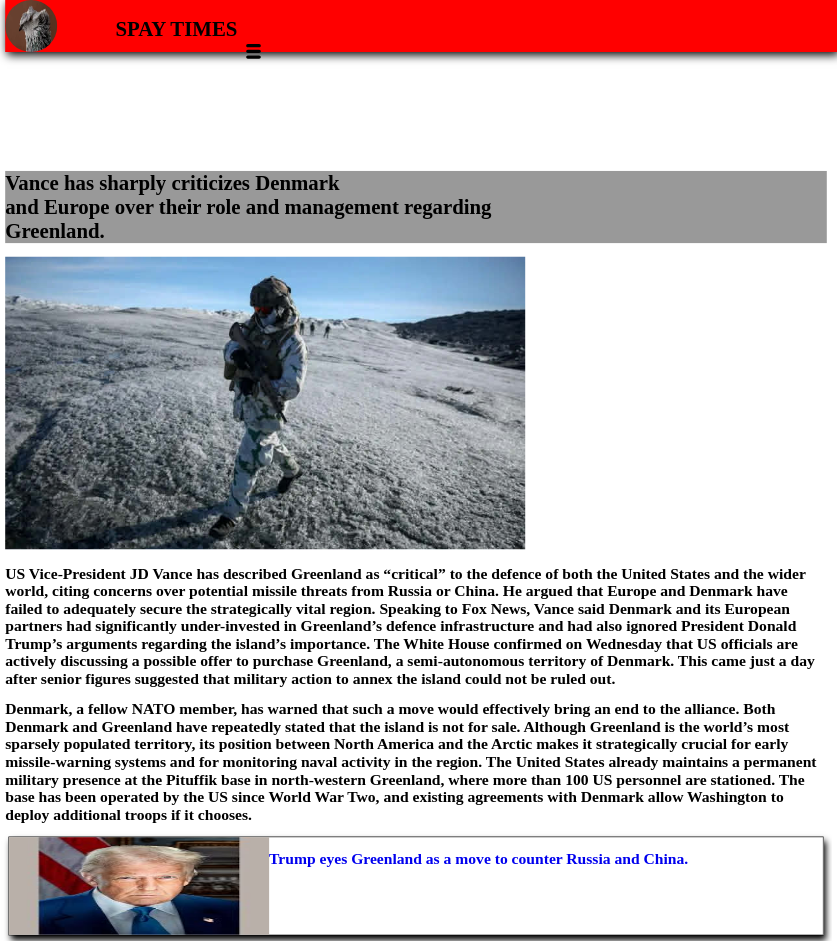
Repository: ridhukhan/spytimes
Page: /
These files come from the project's save history. The page is drawn as it stood at one moment and after the next save; the edit follows.
The browser window is 1280 px wide. The page is 1280 px wide, then 1288 px, so the pictures cover 1288 px, including what lies to the right of the window. The pictures show the whole page, at 65% of full size.
The project was rebuilt for these pictures with package versions that can differ from the ones it lists, and the page was loaded fresh each time. Also part of the build but not shown: vite.config.js, src/components/policy/PrivecyPolicy.jsx, src/components/policy/Terms.jsx, src/components/trending/TrendingDetails.jsx, src/pages/heath/Dieabeties.jsx, src/pages/heath/Health.jsx, src/pages/heath/Allergy.jsx, src/pages/heath/WeightLose.jsx.

Above is the page before, as saved 2026-01-13 18:34:30.

### index.html
<!doctype html>
<html lang="en">
  <head>
    <meta charset="UTF-8" />
    <link rel="icon" type="image/svg+xml" href="/vite.svg" />
    <meta name="6a97888e-site-verification" content="945cf2ffcb6885b11db89e632c2e0750">

    <meta name="viewport" content="width=device-width, initial-scale=1.0" />
    <title>spytimes</title>
  </head>
  <body>

    <div id="root"></div>
     <script type="module" src="/src/main.jsx"></script>


  </body>
 </html>

### src/main.jsx
import {BrowserRouter} from "react-router-dom"

import { createRoot } from 'react-dom/client'
import './index.css'
import App from './App.jsx'
import { StrictMode } from "react"
createRoot(document.getElementById('root')).render(

    <BrowserRouter>
    <App />
    </BrowserRouter>

 ,
)

### src/index.css
@media screen and (max-width:414px){
  *{
    width: 100%;
    padding:0;
margin: 0;
  }

  body{
width: 100%;
background-color: white;
color: black;
  }
}

### src/App.jsx
import { Route, Routes } from "react-router-dom"
import Navbar from "./nav/Navbar"
import Home from "./pages/home/Home"
import PrivecyPolicy from "./components/policy/PrivecyPolicy"
import Terms from "./components/policy/Terms"
import TrendingDetails from "./components/trending/TrendingDetails"
import Dieabeties from "./pages/heath/Dieabeties"
import Health from "./pages/heath/Health"
import Allergy from "./pages/heath/Allergy"
import WeightLose from "./pages/heath/WeightLose"
import TopBannerAd from "./components/ads/TopAd"
import {PopUnderAd }from "./components/ads/PopunderAd"


function App() {

  return (
    <div>

   <Navbar/>
    <PopUnderAd/>
   <TopBannerAd/>

   <Routes>
    <Route path="/" element={<Home/>}/>
    <Route  path="/privecypolicy" element={<PrivecyPolicy/>}/>
    <Route  path="/Terms" element={<Terms/>}/>
    <Route  path="/Trendingdetails" element={<TrendingDetails/>}/>
    <Route path="/blood-sugar-natural-tips" element={<Dieabeties/>}/>
<Route path="/health" element={<Health/>}/>
<Route path="/allergy" element={<Allergy/>}/>
<Route path="/weightlose" element={<WeightLose/>}/>


   </Routes>
    </div>
  )
}

export default App

### src/nav/Navbar.jsx
import React from 'react'
import "./Navbar.css"
import { ImCross } from "react-icons/im";
import { TiThMenu } from "react-icons/ti";
import logo from "../assets/download.jpeg"
import { useState } from 'react';
import { Link} from 'react-router-dom';
const Navbar = () => {
    const [openmenu,setOpenmenu]=useState(false)
  return (
    <div style={{position:"fixed",backgroundColor:"red",display:"flex",
    width:"100%", height:"80px", top:"0", zIndex:"1000", boxShadow:"2px 5px 14px black"}}>
<img src={logo} alt="logo" style={{width:"80px", height:"80px", borderRadius:"100%"}}/>
<h1 style={{marginTop:"2%", marginLeft:"7%",}}>SPAY TIMES</h1>
<TiThMenu  onClick={()=>setOpenmenu(!openmenu)}  style={{width:"50px",height:"30px", marginTop:"5%", }}/>

   {openmenu? <div style={{display:"grid",position:"absolute",width:"90%",background:"black", height:"600px", zIndex:"999", marginTop:"10%", borderRadius:"19px", right:"0"}}>
<ImCross onClick={()=>setOpenmenu(null)} style={{ color:"red", left:"0", justifyContent:"flex-start", width:"50px", height:"30px"}}/>

  <ul>


    <Link to={"/"}><li>Home</li></Link>
    <li>USA</li>
    <li>UK</li>
    <li>ASIA</li>
    <Link to={"/health"}><li onClick={()=>setOpenmenu(null)}>Health</li></Link>
   <Link to={"/privecypolicy"}><li style={{color:"blue"}}>Privecy Policy</li></Link>
<Link to={"/Terms"}><li style={{color:"blue"}}>Terms &  condition</li></Link>

  </ul>










   </div>: null}
    </div>
  )
}


export default Navbar

### src/pages/home/Home.jsx
import React from 'react'
import home1 from "../../assets/home1.jpeg"
import Trending from '../../components/trending/Trending'
import AdBanner from '../../components/ads/AdsBanner'

const Home = () => {
  return (
    <div style={{marginTop:"20%"}}>

        <h1 style={{backgroundColor:"#999"}}>Vance has sharply criticizes Denmark <br /> and Europe over their role and management regarding <br /> Greenland.</h1>

        <img src={home1} alt="home1" />

       <h2>
        US Vice-President JD Vance has described Greenland as “critical” to the defence of both the United States and the wider world, citing concerns over potential missile threats from Russia or China. He argued that Europe and Denmark have failed to adequately secure the strategically vital region.

Speaking to Fox News, Vance said Denmark and its European partners had significantly under-invested in Greenland’s defence infrastructure and had also ignored President Donald Trump’s arguments regarding the island’s importance.

The White House confirmed on Wednesday that US officials are actively discussing a possible offer to purchase Greenland, a semi-autonomous territory of Denmark. This came just a day after senior figures suggested that military action to annex the island could not be ruled out.
</h2><h2>
Denmark, a fellow NATO member, has warned that such a move would effectively bring an end to the alliance. Both Denmark and Greenland have repeatedly stated that the island is not for sale.

Although Greenland is the world’s most sparsely populated territory, its position between North America and the Arctic makes it strategically crucial for early missile-warning systems and for monitoring naval activity in the region.

The United States already maintains a permanent military presence at the Pituffik base in north-western Greenland, where more than 100 US personnel are stationed. The base has been operated by the US since World War Two, and existing agreements with Denmark allow Washington to deploy additional troops if it chooses.
       </h2>

<Trending/>
<AdBanner/>
    </div>
  )
}

export default Home

### src/components/ads/TopAd.jsx
import { useEffect } from "react";

const TopBannerAd = () => {
  useEffect(() => {
    // Prevent duplicate script load
    if (!document.querySelector('script[src="https://a.magsrv.com/ad-provider.js"]')) {
      const script = document.createElement("script");
      script.src = "https://a.magsrv.com/ad-provider.js";
      script.async = true;
      script.type = "application/javascript";
      document.body.appendChild(script);
    }

    // Push ad after script load
    window.AdProvider = window.AdProvider || [];
    window.AdProvider.push({ serve: {} });
  }, []);

  return (
    <div
      style={{
        width: "100%",
        display: "flex",
        justifyContent: "center",
        margin: "10px 0",
      }}
    >
      <ins
        className="eas6a97888e10"
        data-zoneid="5827828"
        style={{ display: "block" }}
      ></ins>
    </div>
  );
};

export default TopBannerAd;

### src/components/ads/PopunderAd.jsx
import { useEffect } from "react";

export const PopUnderAd = () => {
  useEffect(() => {
    // prevent duplicate popunder load
    if (window.__exoPopLoaded) return;
    window.__exoPopLoaded = true;

    const script = document.createElement("script");
    script.type = "application/javascript";

    script.innerHTML = `
      (function() {
        var adConfig = {
          ads_host: "a.pemsrv.com",
          syndication_host: "s.pemsrv.com",
          idzone: 5827850,
          popup_fallback: false,
          popup_force: false,
          chrome_enabled: true,
          new_tab: false,
          frequency_period: 30,
          frequency_count: 1,
          trigger_method: 3,
          trigger_class: "",
          trigger_delay: 0,
          capping_enabled: true,
          tcf_enabled: true,
          only_inline: false
        };

        if (typeof popMagic !== "undefined") {
          popMagic.init(adConfig);
        } else {
          var s = document.createElement("script");
          s.src = "//a.pemsrv.com/popunder1000.js";
          s.async = true;
          document.body.appendChild(s);

          s.onload = function () {
            if (typeof popMagic !== "undefined") {
              popMagic.init(adConfig);
            }
          };
        }
      })();
    `;

    document.body.appendChild(script);
  }, []);

  return null; // popunder has no UI
};

### src/nav/Navbar.css
ul li{
text-align: center;
    color: aliceblue;
    border-bottom: 2px solid white;
    font-size: 40px;
    list-style: none;
    cursor: pointer;

}
ul li:hover{
    background-color: brown;
}
a{
    text-decoration: none;
}

### src/components/trending/Trending.jsx
import React from 'react'
import { Link } from 'react-router-dom'
import donaldtrump from "../../assets/donaldtrump.jpeg"
const Trending = () => {
  return (
    <div style={{display:"flex", marginTop:"5%", border:"1px solid black", margin:"5px", boxShadow:"4px 7px 10px black"}}>

<img src={donaldtrump} alt="donaldtrump" style={{width:"400px", height:"150px"}}/>
<Link to={"/Trendingdetails"}><h2>Trump eyes Greenland as a move to counter Russia and China.</h2></Link>
    </div>
  )
}

export default Trending

### src/components/ads/AdsBanner.jsx
import { useEffect } from "react";

const AdBanner = () => {
  useEffect(() => {
    // স্ক্রিপ্ট তৈরি করা
    const script = document.createElement("script");
    script.src = "https://a.magsrv.com/ad-provider.js";
    script.async = true;
    script.type = "application/javascript";
    document.body.appendChild(script);

    // স্ক্রিপ্ট লোড হয়ে গেলে AdProvider push করা
    script.onload = () => {
      window.AdProvider = window.AdProvider || [];
      window.AdProvider.push({ serve: {} });
    };

    // ক্লিনআপ
    return () => {
      document.body.removeChild(script);
    };
  }, []);

  return (
    <div>
      <ins className="eas6a97888e14" data-zoneid="5827854"></ins>
    </div>
  );
};

export default AdBanner;

### src/components/ads/FullPageAdBanner.jsx
import { useEffect } from "react";

const FullPageAdBanner = () => {
  useEffect(() => {
    // স্ক্রিপ্ট তৈরি করা
    const script = document.createElement("script");
    script.src = "https://a.pemsrv.com/ad-provider.js";
    script.async = true;
    script.type = "application/javascript";
    document.body.appendChild(script);

    // স্ক্রিপ্ট লোড হয়ে গেলে AdProvider push করা
    script.onload = () => {
      window.AdProvider = window.AdProvider || [];
      window.AdProvider.push({ serve: {} });
    };

    // ক্লিনআপ
    return () => {
      document.body.removeChild(script);
    };
  }, []);

  // Full page অ্যাড স্টাইল
  const adStyle = {
    width: "100vw",
    height: "100vh",
    display: "flex",
    justifyContent: "center",
    alignItems: "center",
    overflow: "hidden",
  };

  return (
    <div style={adStyle}>
      <ins className="eas6a97888e33" data-zoneid="5827872"></ins>
    </div>
  );
};

export default FullPageAdBanner;

After the next save:
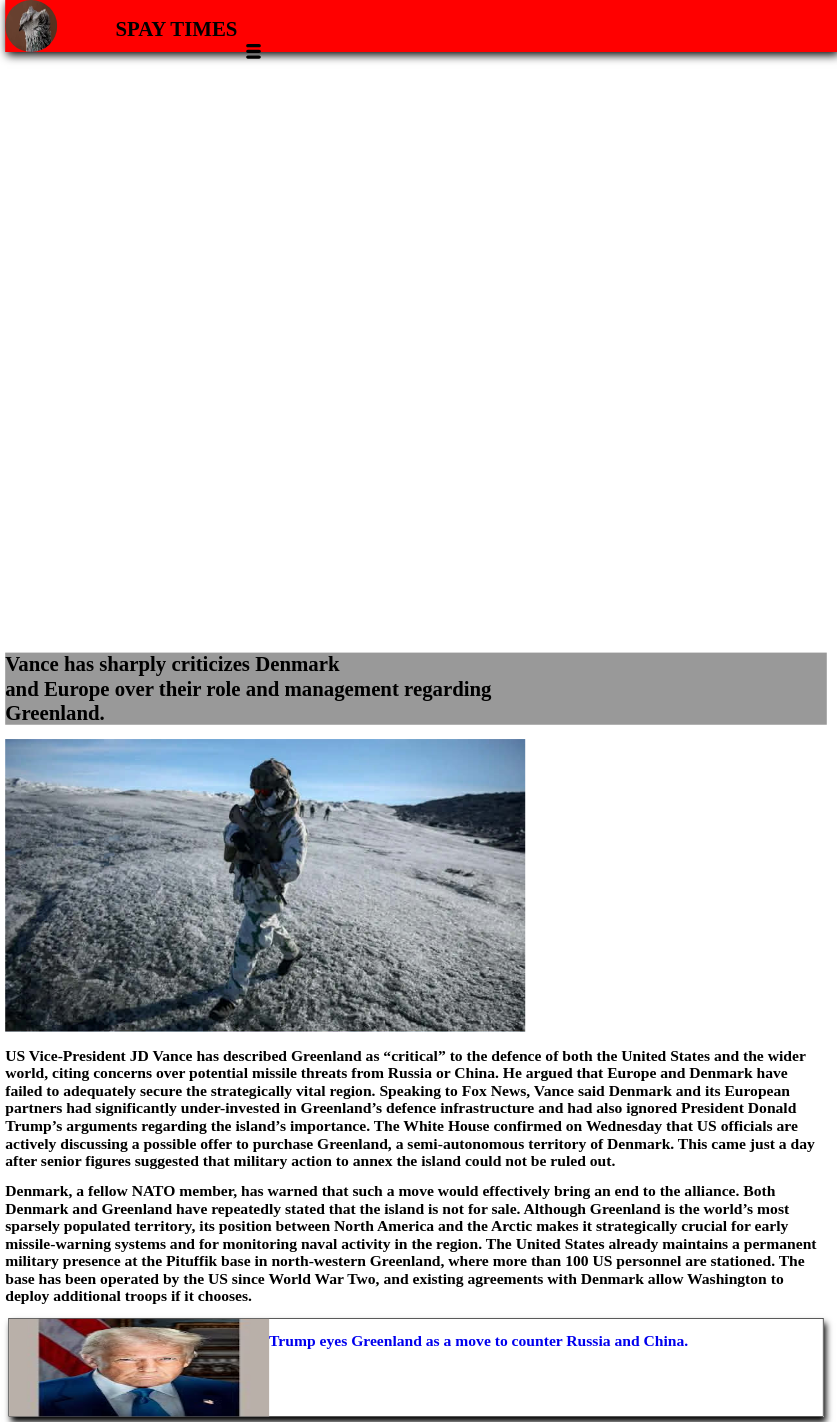
Saved 24 s later.
--- a/src/pages/home/Home.jsx
+++ b/src/pages/home/Home.jsx
@@ -2,11 +2,12 @@ import React from 'react'
 import home1 from "../../assets/home1.jpeg"
 import Trending from '../../components/trending/Trending'
 import AdBanner from '../../components/ads/AdsBanner'
+import FullPageAdBanner from '../../components/ads/FullPageAdBanner'
 
 const Home = () => {
   return (
     <div style={{marginTop:"20%"}}>
-
+<FullPageAdBanner/>
         <h1 style={{backgroundColor:"#999"}}>Vance has sharply criticizes Denmark <br /> and Europe over their role and management regarding <br /> Greenland.</h1>
 
         <img src={home1} alt="home1" />
